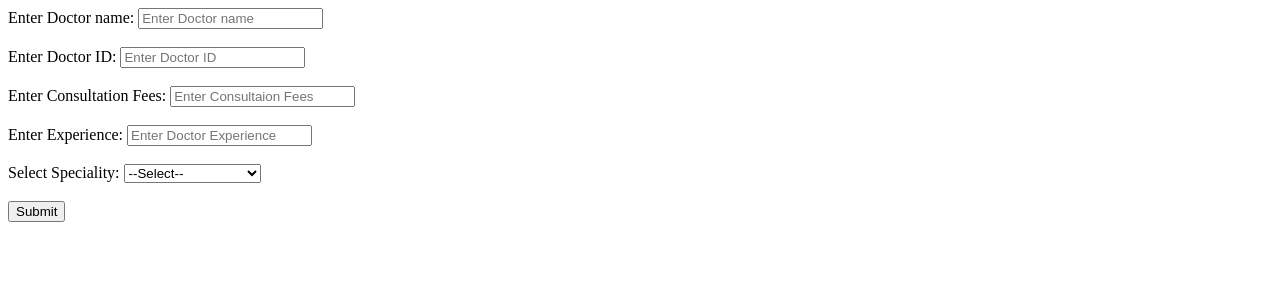
Repository: bigee1397/22-3-2024
Page: http://localhost/DoctorApp/
The author's editor kept a copy of each file at every save. The page is drawn from the files as they stood at one save, then again after the next save.
The browser window is 1280 px wide. The pictures show the whole page.
The page is served by Tomcat 9.

Above is the page before, as saved 2024-03-14 04:28:52.

After the next save:
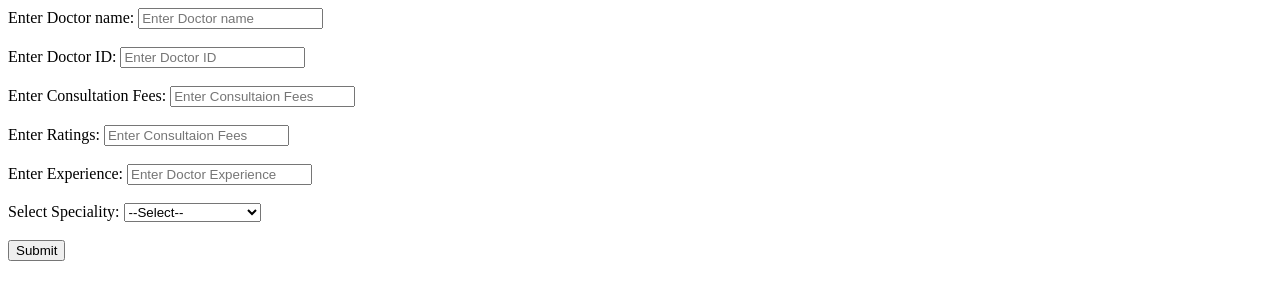
Saved 14 s later.
--- a/jspandservlets/DoctorApp/src/main/webapp/index.jsp
+++ b/jspandservlets/DoctorApp/src/main/webapp/index.jsp
@@ -13,6 +13,8 @@
     	Enter Doctor ID: <input type="number" name="doctorId" placeholder="Enter Doctor ID" />
     	<br><br>
     	Enter Consultation Fees: <input type="number" name="consultationFee" placeholder="Enter Consultaion Fees" />
+    	<br><br>
+    	Enter Ratings: <input type="number" name="consultationFee" placeholder="Enter Consultaion Fees" />
     	<br><br>
     	Enter Experience: <input type="number" name="experience" placeholder="Enter Doctor Experience" />
     	<br><br>
